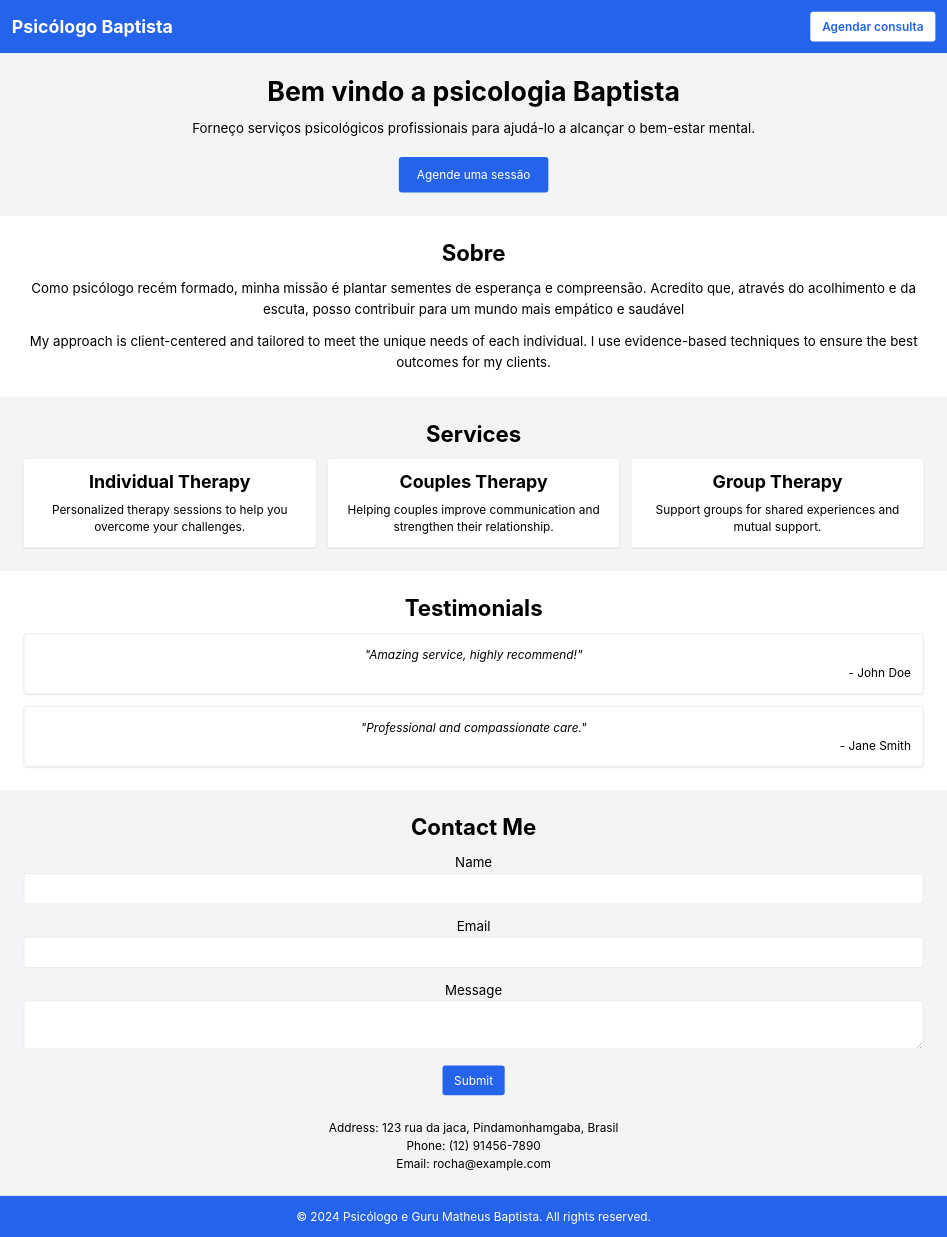
Repository: SrNascimento40/psychologist-portfolio
Page: /
An editor plug-in stored every save of this project. The page is shown before and after a run of saves, followed by the edit.
The browser window is 1280 px wide. The pictures show the whole page, at 74% of full size.
The project was rebuilt for these pictures with package versions that can differ from the ones it lists, and the page was loaded fresh each time. Also part of the build but not shown: vite.config.ts.

Above is the page before, as saved 2024-07-04 17:33:34.

After the next 3 saves:
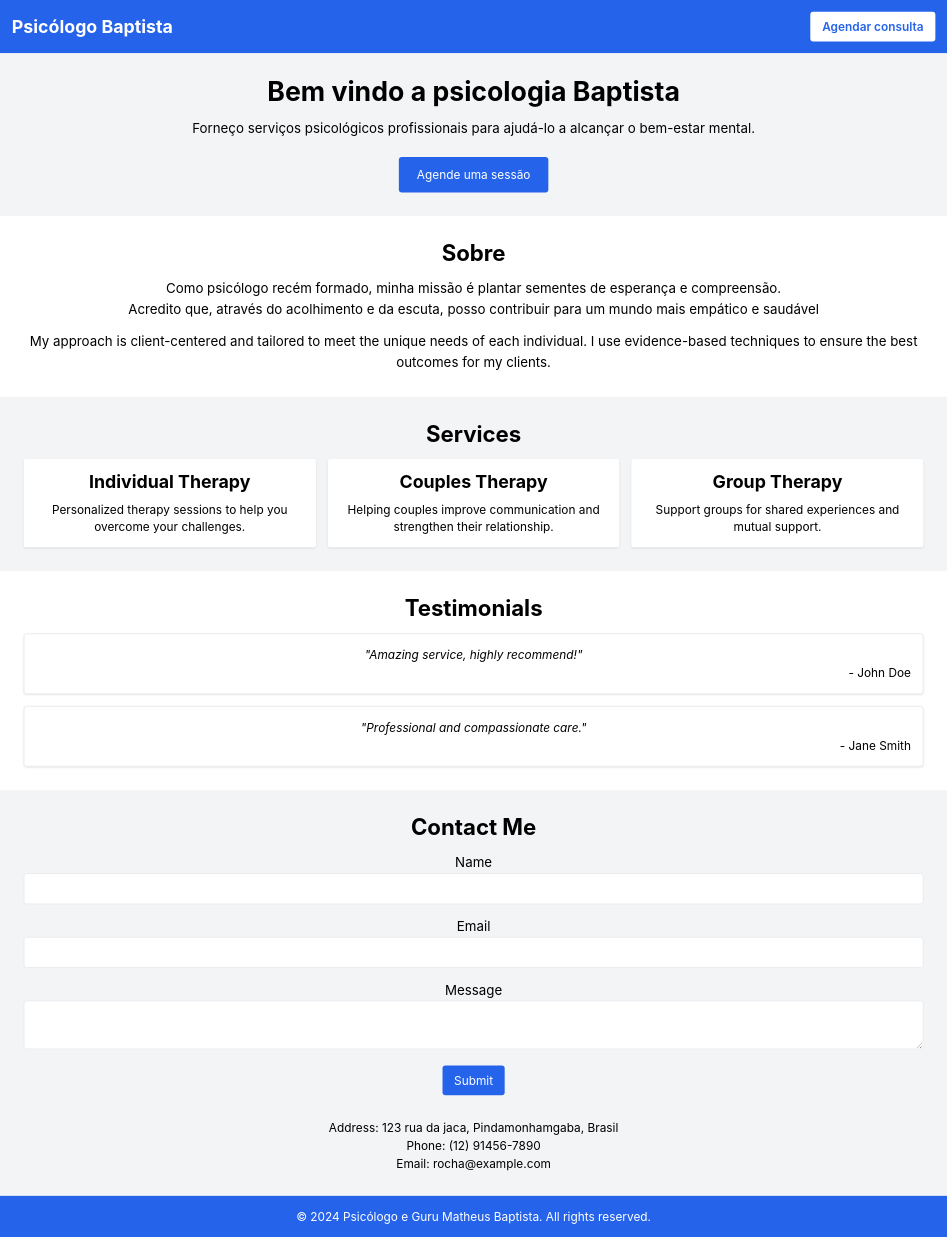
The 3 saves are shown as one change because 1 did not build or start and some came seconds apart.
The last was saved 14 s later.
--- a/src/About.tsx
+++ b/src/About.tsx
@@ -8,7 +8,7 @@
     <section id="about" className="bg-white p-8">
       <h2 className="text-3xl font-bold mb-4">Sobre</h2>
       <p className="text-lg mb-4">
-        Como psicólogo recém formado, minha missão é plantar sementes de esperança e compreensão. Acredito que, através do acolhimento e da escuta, posso contribuir para um mundo mais empático e saudável
+        Como psicólogo recém formado, minha missão é plantar sementes de esperança e compreensão.< br/>Acredito que, através do acolhimento e da escuta, posso contribuir para um mundo mais empático e saudável
       </p>
       <p className="text-lg">
           My approach is client-centered and tailored to meet the unique needs of each individual. I use evidence-based techniques to ensure the best outcomes for my clients.

After the save that followed:
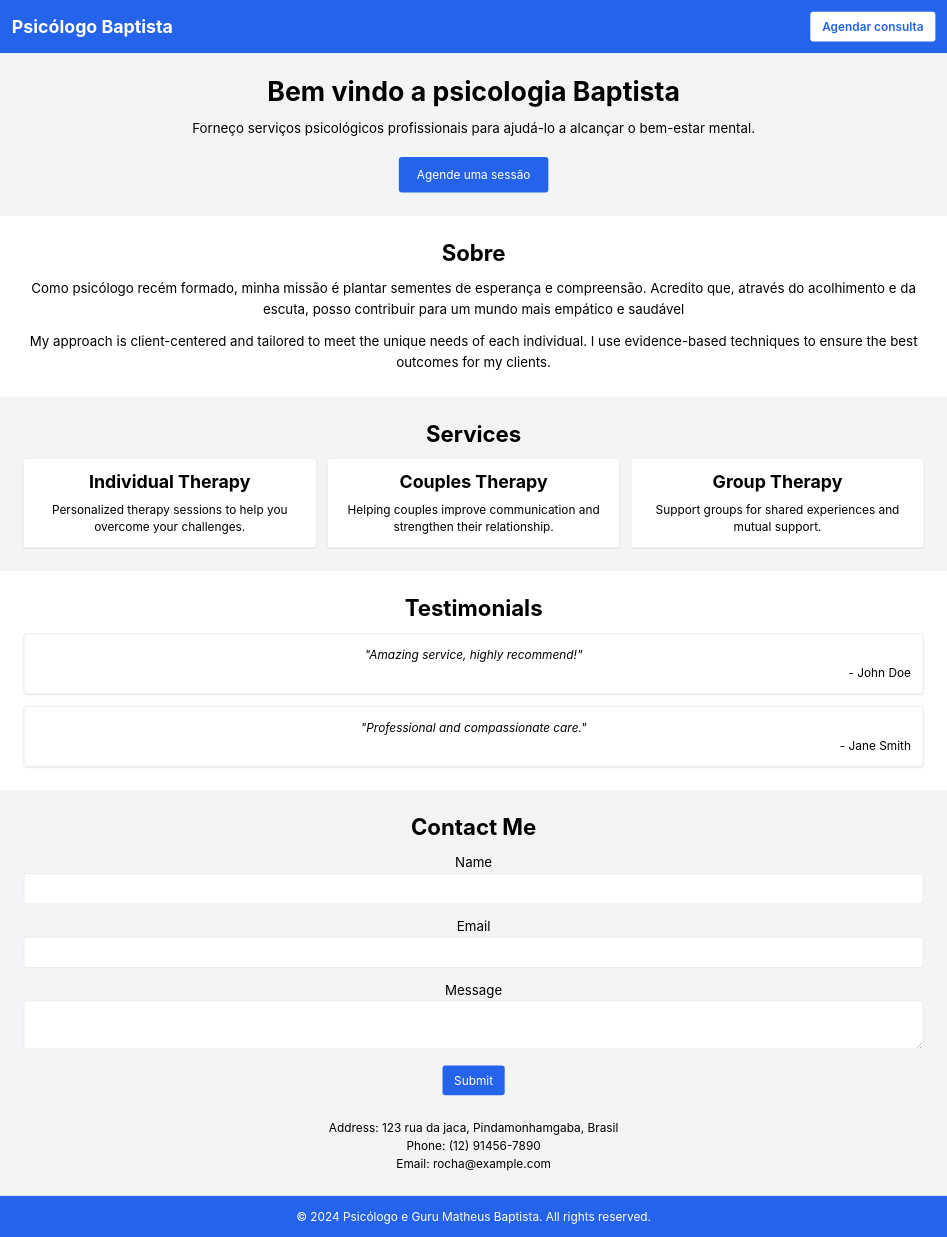
Saved 31 s later.
--- a/src/About.tsx
+++ b/src/About.tsx
@@ -8,7 +8,8 @@
     <section id="about" className="bg-white p-8">
       <h2 className="text-3xl font-bold mb-4">Sobre</h2>
       <p className="text-lg mb-4">
-        Como psicólogo recém formado, minha missão é plantar sementes de esperança e compreensão.< br/>Acredito que, através do acolhimento e da escuta, posso contribuir para um mundo mais empático e saudável
+        Como psicólogo recém formado, minha missão é plantar sementes de esperança e compreensão.
+        Acredito que, através do acolhimento e da escuta, posso contribuir para um mundo mais empático e saudável
       </p>
       <p className="text-lg">
           My approach is client-centered and tailored to meet the unique needs of each individual. I use evidence-based techniques to ensure the best outcomes for my clients.
